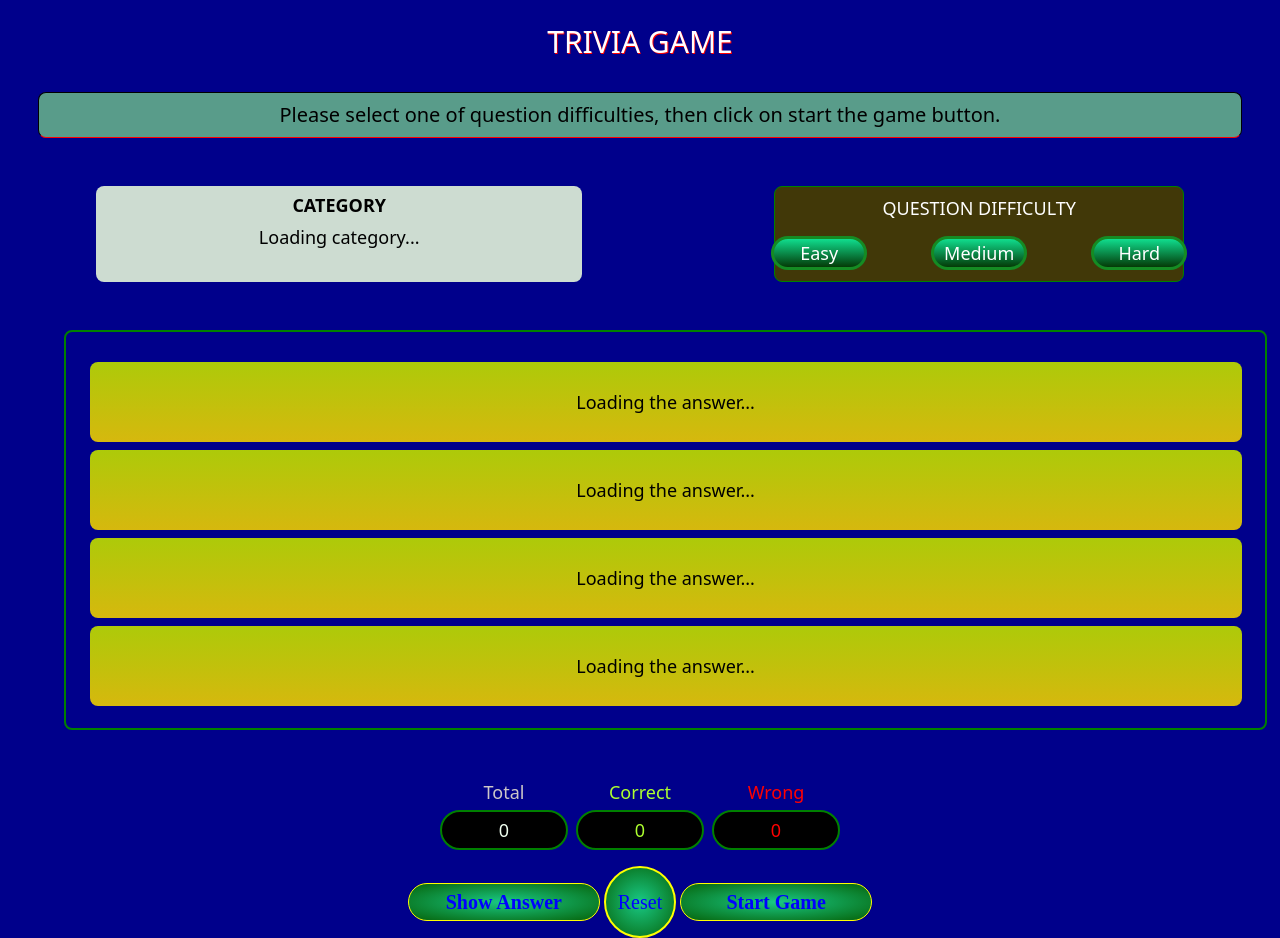
Repository: ShindanoSingi/bembe-trivia
Page: index.html
These files come from the project's save history. The page is drawn as it stood at one moment and after the next save; the edit follows.
The browser window is 1280 px wide. The pictures show the whole page.
Some web libraries are served in a nearby version.

Above is the page before, as saved 2022-09-08 02:55:06.

### index.html
<!DOCTYPE html>
<html lang="en">

    <head>
        <meta charset="UTF-8">
        <meta http-equiv="X-UA-Compatible" content="IE=edge">
        <meta name="viewport" content="width=device-width, initial-scale=1.0">
        <link rel="stylesheet" href="style.css">
        <script src="https://cdn.tailwindcss.com"></script>
        <title>Trivia Game</title>
    </head>

    <body class="">
        <div class="containerBox max-h-[100vh] my-2 flex my-2 flex-col gap-[3rem]">
            <h1 class="text-center text-3xl relative top-4" >TRIVIA GAME</h1>
            <div class="questionBox text-center w-[94vw] md:text-xl h-[6.5rem] p-2 md:p-2 mx-auto rounded-lg">
                Please select one of question difficulties, then click on start the game button.
            </div>
            <div class="category-and-difficulty-container items-center justify-around flex">
                <div class="category-container w-[38vw] md:h-[6rem] h-[4.5rem] bg-[#CDDCD1] flex items-center flex-col py-[0.3rem] rounded-lg">
                    <div class="labelCategory text-sm md:text-lg font-bold md:font-bold text-black">CATEGORY</div>
                    <div class="category text-sm md:text-lg text-center p-1 rounded-lg">
                        Loading category...
                    </div>
                </div>
                <div class="qDifficultyBox w-[50vw] xl:w-[32vw] pb-1 rounded-lg items-center flex h-[4.5rem] md:h-[6rem] justify-around flex-col">
                        <div id="question" class="qCat md:text-lg text-sm">QUESTION DIFFICULTY</div>
                        <div class="difficulties-container lg:gap-10 xl:gap-10 md:flex md:space-x-6 flex gap-1">
                            <button class="difficulty px-1.5 md:w-[6rem] text-sm md:text-lg rounded-full" id="easy">Easy</button>
                            <button class="difficulty md:w-[6rem] px-1.5 rounded-full md:text-lg text-sm" id="medium">Medium</button>
                            <button class="difficulty md:w-[6rem] px-1.5 text-sm md:text-lg rounded-full" id="hard">Hard</button>
                    </div>
                </div>
            </div>
            <div class="imgAndQuestions">
                    <div class="answersButtons img w-[94vw] h-[25rem] bottom-[17.2rem] ml-[5vw] flex space-y-2 justify-center items-center py-4  flex-col">
                        <button class="showAnswer md:text-lg w-[90vw] p-1 absolute bottom-[17rem] mx-auto text-sm h-[5rem]">Loading the answer...</button>
                        <button class="response md:text-lg w-[90vw] p-1 text-center text-md h-[5rem]" id="response1">Loading the answer...</button>
                        <button class="response md:text-lg w-[90vw] p-1 text-md h-[5rem]" id="response2">Loading the answer...</button>
                        <button class="response md:text-lg w-[90vw] p-1 text-md h-[5rem]" id="response3">Loading the answer...</button>
                        <button class="response md:text-lg w-[90vw] p-1 text-md h-[5rem]" id="response4">Loading the answer...</button>
                    </div>
                </div>

            <div id="bottomPart" class="flex  mx-auto flex-col items-center gap-4">
                <div class="labelsAndButtons relative left-1 flex space-x-2">
                    <div class="question-number flex flex-col items-center">
                        <p class="labels md:text-lg pb-1" id="labelQ">Total</p>
                        <div class="bottombuttons md:w-[8rem] md:text-lg w-[5rem] text-center py-1" id="questionNumber">0</div>
                    </div>
                    <div class="correct-answers md:text-lg flex flex-col items-center">
                        <p class="labels pb-1" id="labelC">Correct</p>
                        <div class="bottombuttons md:text-lg w-[5rem] md:w-[8rem] text-center py-1" id="correct">0</div>
                    </div>
                    <div class="wrong-answers md:text-lg flex flex-col items-center">
                        <p class="labels pb-1" id="labelW">Wrong</p>
                        <div class="bottombuttons md:w-[8rem] md:text-lg w-[5rem] text-center py-1" id="wrong">0</div>
                    </div>
                    <div class="timerQuestionCorrectWrong"></div>
                </div>
                <div class="threeBottomButtons">
                    <button class="w-[8rem] text-lg md:text-xl md:w-48 py-1" id="showAnswer">Show Answer</button>
                    <button class="reset text-lg p-1 md:w-[4.5rem] md:text-xl md:h-[4.5rem] w-[3.5rem] h-[3.5rem] rounded-full">Reset</button>
                    <button class="startGame text-lg w-[8rem] md:text-xl md:w-48 py-1">Start Game</button>
                </div>
            </div>
            </div>
        <script src="./script.js"></script>
    </body>
</html>

### style.css
/* @media screen and (min-width: 1024px) {
    .difficulties-container{
       display: flex;
       align-items: space-around;
    }
} */

/* iPhone 8 and smaller */
@media screen and (min-width: 320px) {
    /*  Set h1 text to red */
    h1 {
        color: #fff;
        text-shadow: 0.05rem 0.05rem red;
    }

    /* The box containing the question */
    .questionBox {
        color: rgb(0, 0, 0);
        border: 0.02rem solid;
        background-color: rgb(89, 156, 138);
        border-bottom-color: red;
    }

    /* Label for category */
    .labelCategory {
        color: white;
    }

    /* The show answer message box */
    .showAnswer {
        color: honeydew;
        visibility: hidden;
        border: 0.1rem solid green;
        border-radius: 0.5rem;
        background-color:rgb(2, 27, 3);
    }
    /*  Individual difficulty button */
    .difficulty {
        background-image: linear-gradient(rgb(16, 221, 142), rgb(4, 58, 7));
        border: 0.2rem solid rgb(21, 139, 35);
        color: white;
    }

    /*  Class containing all difficulty buttons */
    .difficulties-container {
        border-color: green;
    }
    /* The box containing difficulty buttons */
    .qDifficultyBox {
        border: 0.14vh solid green;
        background-color: rgb(65, 56, 8);
        color: white;
    }

    /* image */
    .img {
        border: 0.15rem solid green;
        border-radius: 0.5rem;
    }
    /* all response buttons */
    .response {
        border-color: green;
        background-image: linear-gradient(rgb(173, 202, 9), rgb(214, 184, 14));
        color: black;
        border-radius: 0.5rem;
    }
    /* All response buttons */
    .response:hover {
        background-image: linear-gradient(rgb(32, 90, 165), rgb(72, 168, 192));
    }

    /* Show answer button */
    #showAnswer {
        color: blue;
        border: 0.54vh solid green;
        border: 0.27vh solid yellow;
        border-radius: 20rem;
        font-family: cursive;
        font-weight: bold;
        background-image: radial-gradient(rgb(25, 201, 133), rgb(6, 99, 10));
    }
    #showAnswer:hover {
        background-image: radial-gradient(rgb(201, 25, 25), rgb(93, 99, 6));
        color: white;
    }
    /* Start game button */
    .startGame {
        color: blue;
        border: 0.54vh solid green;
        border: 0.27vh solid yellow;
        border-radius: 20rem;
        font-family: cursive;
        font-weight: bold;
        background-image: radial-gradient(rgb(25, 201, 133), rgb(6, 99, 10));
    }
    /* Start game button */
    .startGame:hover {
        background-image: radial-gradient(rgb(201, 25, 25), rgb(93, 99, 6));
        color: white;
    }
    /* Reset button */
    .reset {
        color: blue;
        border: 0.5rem solid green;
        border: 0.15rem solid yellow;
        font-family: cursive;
        background-image: radial-gradient(rgb(25, 201, 133), rgb(6, 99, 10));
    }
    /* Reset button */
    .reset:hover {
        background-image: radial-gradient(rgb(201, 25, 25), rgb(93, 99, 6));
        color: white;
    }

    /* Class containing the 3 bottom labels  (total questions, correct answers and wrong answers) */
    .question-number {
        color: rgb(205, 200, 200);
    }

    .correct-answers {
        color: greenyellow;
    }

    .wrong-answers {
        color: red;
    }

    /* The bottom boxes for total question number, correct answers and wrong answers */
    .bottombuttons {
        border: 0.15rem solid green;
        background-color: black;
        color: honeydew;
        border-radius: 2rem;
    }

    /* Set the wrong anser to red */
    #wrong {
        color: rgb(255, 0, 0);
    }
    /* Set the correct anser to green */
    #correct {
        color: greenyellow;
    }

    /* Change the color when "easy" button is hovered over */
    #easy:hover {
        background-image: linear-gradient(rgb(202, 9, 9), rgb(214, 184, 14));
    }
    /* Change the color when "easy" button is hovered over */
    #medium:hover {
        background-image: linear-gradient(rgb(202, 9, 9), rgb(214, 184, 14));
    }
    /* Change the color when "easy" button is hovered over */
    #hard:hover {
        background-image: linear-gradient(rgb(202, 9, 9), rgb(214, 184, 14));
    }

    body {
      background-color: darkblue;
    }
}

Loaded but not shown: script.js (421 lines, source omitted)

After the next save:
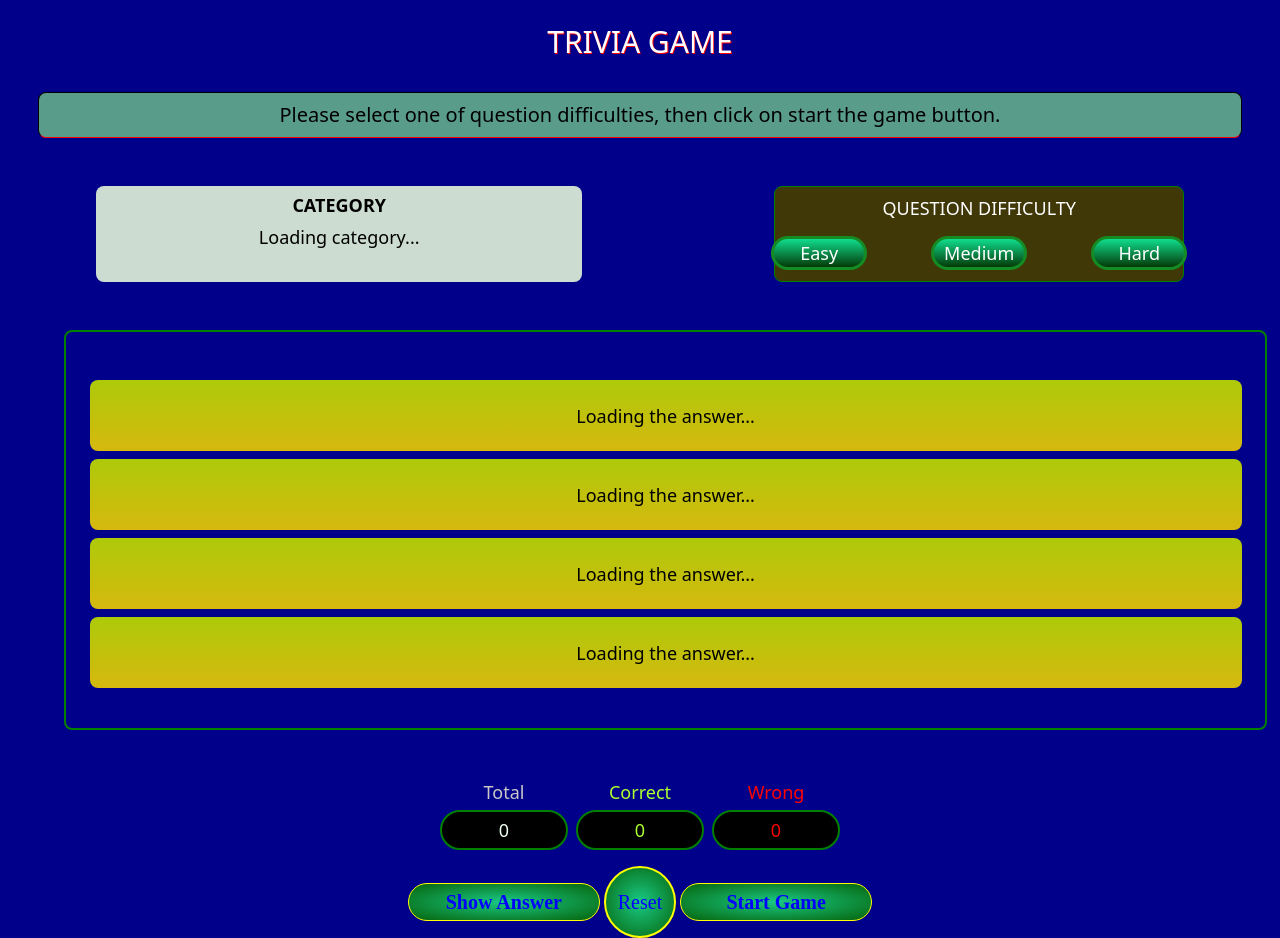
Saved 12 s later.
--- a/index.html
+++ b/index.html
@@ -33,7 +33,7 @@
                 </div>
             </div>
             <div class="imgAndQuestions">
-                    <div class="answersButtons img w-[94vw] h-[25rem] bottom-[17.2rem] ml-[5vw] flex space-y-2 justify-center items-center py-4  flex-col">
+                    <div class="answersButtons img w-[94vw] h-[25rem] bottom-[17.2rem] ml-[5vw] flex space-y-2 justify-center items-center p-10  flex-col">
                         <button class="showAnswer md:text-lg w-[90vw] p-1 absolute bottom-[17rem] mx-auto text-sm h-[5rem]">Loading the answer...</button>
                         <button class="response md:text-lg w-[90vw] p-1 text-center text-md h-[5rem]" id="response1">Loading the answer...</button>
                         <button class="response md:text-lg w-[90vw] p-1 text-md h-[5rem]" id="response2">Loading the answer...</button>

After the save that followed:
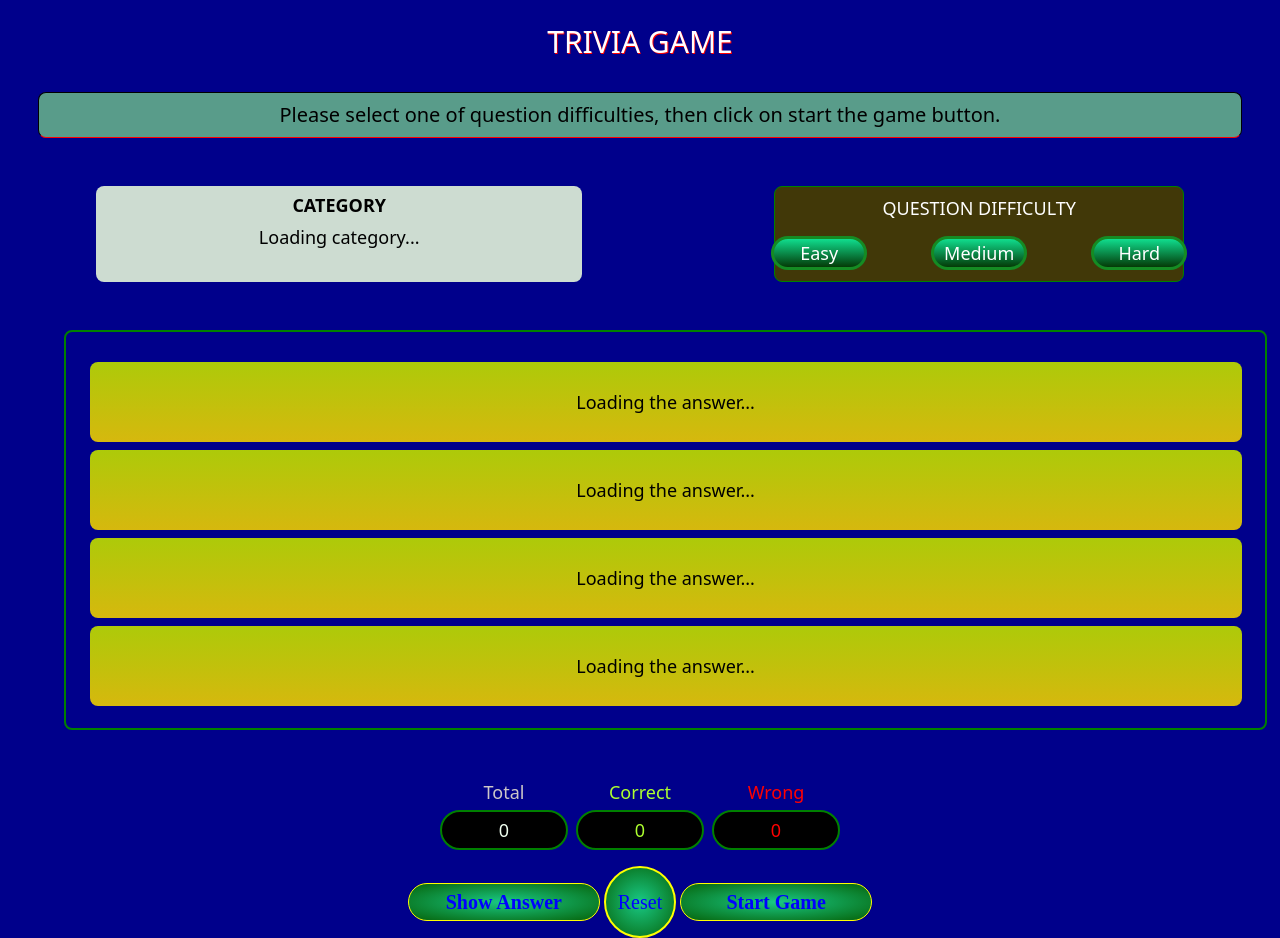
Saved 9 s later.
--- a/index.html
+++ b/index.html
@@ -33,7 +33,7 @@
                 </div>
             </div>
             <div class="imgAndQuestions">
-                    <div class="answersButtons img w-[94vw] h-[25rem] bottom-[17.2rem] ml-[5vw] flex space-y-2 justify-center items-center p-10  flex-col">
+                    <div class="answersButtons img w-[94vw] h-[25rem] bottom-[17.2rem] ml-[5vw] flex space-y-2 justify-center items-center p-4  flex-col">
                         <button class="showAnswer md:text-lg w-[90vw] p-1 absolute bottom-[17rem] mx-auto text-sm h-[5rem]">Loading the answer...</button>
                         <button class="response md:text-lg w-[90vw] p-1 text-center text-md h-[5rem]" id="response1">Loading the answer...</button>
                         <button class="response md:text-lg w-[90vw] p-1 text-md h-[5rem]" id="response2">Loading the answer...</button>
